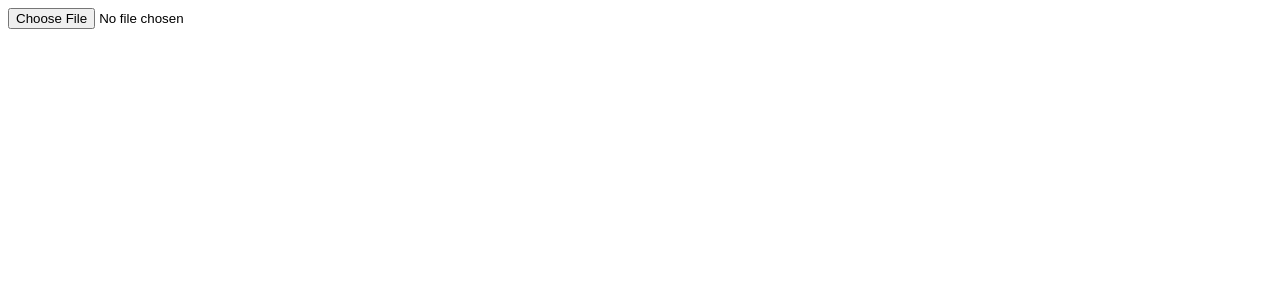
Repository: mastery001/core
Page: http://localhost/Autumn2.1/
An editor plug-in stored every save of this project. The page is shown before and after a run of saves, followed by the edit.
The browser window is 1280 px wide. The pictures show the whole page.
The page is served by Tomcat 9.

Above is the page before, as saved 2015-06-22 02:58:09.

After the next 2 saves:
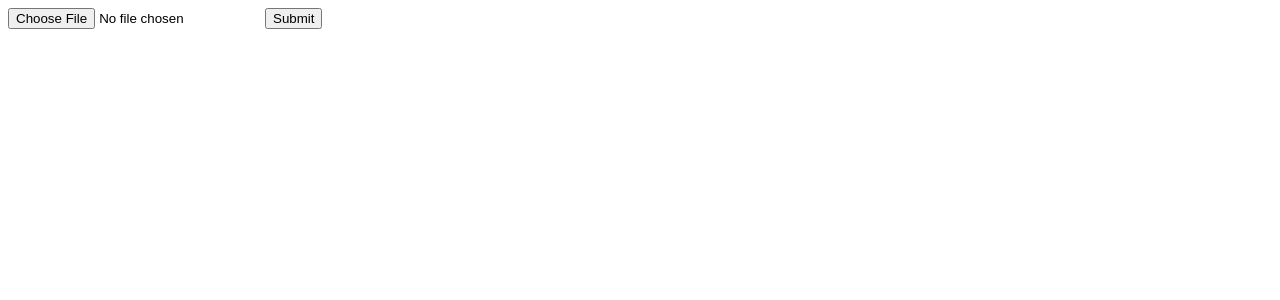
The 2 saves are shown as one change because they came seconds apart.
The last was saved 21 s later.
--- a/Autumn2.1/WebRoot/index.jsp
+++ b/Autumn2.1/WebRoot/index.jsp
@@ -25,7 +25,7 @@
     <input type="hidden" name="token" value="${token }" /><%--
     	学号：<input type="text" name="u_id" /><br>
     	--%>
-    <input type="file" name=""
+    <input type="file" name="file" />
     <input type="submit" value="Submit" />
     </form>
   </body>
